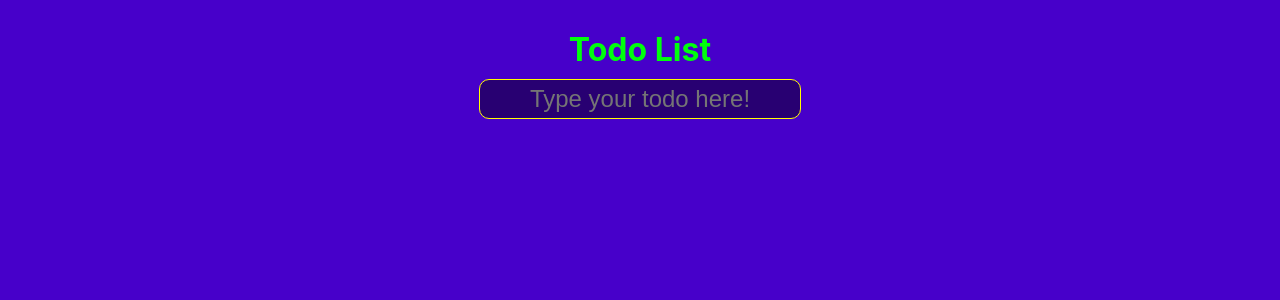
Repository: badhon252/todo-app
Page: /
The author's editor kept a copy of each file at every save. The page is drawn from the files as they stood at one save, then again after the next save.
The browser window is 1280 px wide. The pictures show the whole page.
Some web libraries are served in a nearby version. The project was rebuilt for these pictures with package versions that can differ from the ones it lists, and the page was loaded fresh each time.

Above is the page before, as saved 2022-01-26 12:14:51.

### public/index.html
<!DOCTYPE html>
<html lang="en">

<head>
  <meta charset="utf-8" />
  <link rel="icon" href="%PUBLIC_URL%/favicon.ico" />
  <meta name="viewport" content="width=device-width, initial-scale=1" />
  <meta name="theme-color" content="#000000" />
  <meta name="description" content="Web site created using create-react-app" />
  <link rel="apple-touch-icon" href="%PUBLIC_URL%/logo192.png" />

  <link rel="manifest" href="%PUBLIC_URL%/manifest.json" />

  <link rel="stylesheet" href="https://pro.fontawesome.com/releases/v5.10.0/css/all.css"
    integrity="sha384-AYmEC3Yw5cVb3ZcuHtOA93w35dYTsvhLPVnYs9eStHfGJvOvKxVfELGroGkvsg+p" crossorigin="anonymous" />
  <title>React App</title>
</head>

<body>
  <noscript>You need to enable JavaScript to run this app.</noscript>
  <div id="root"></div>
  <!--
      This HTML file is a template.
      If you open it directly in the browser, you will see an empty page.

      You can add webfonts, meta tags, or analytics to this file.
      The build step will place the bundled scripts into the <body> tag.

      To begin the development, run `npm start` or `yarn start`.
      To create a production bundle, use `npm run build` or `yarn build`.
    -->
</body>

</html>

### src/App.js
import Todo from "./components/Todo";

function App() {
  return (
    <div className="App">
      <Todo />
    </div>
  );
}

export default App;

### src/components/Todo.js
import React from "react";
import "../Styles/style.css";
export default function Todo() {
  return (
    <div className="main-div">
      <h1>Todo List</h1>
      <input
        type="text"
        name=""
        id="input-box"
        placeholder="Type your todo here!"
      />
    </div>
  );
}

### src/Styles/style.css
* {
  margin: 0;
  padding: 0;
  background-color: #4700ca;
}

.main-div {
  margin: 30px;
  text-align: center;
  color: #00ff0d;
}

#input-box {
  color: #ffffff;
  margin: 10px;
  padding: 5px;
  font-size: 1.5rem;
  border: 1px solid yellow;
  background-color: #280072;
  border-radius: 10px;
  text-align: center;
}

Loaded but not shown: src/index.js (common file); src/index.css (common file); src/reportWebVitals.js (common file)

After the next save:
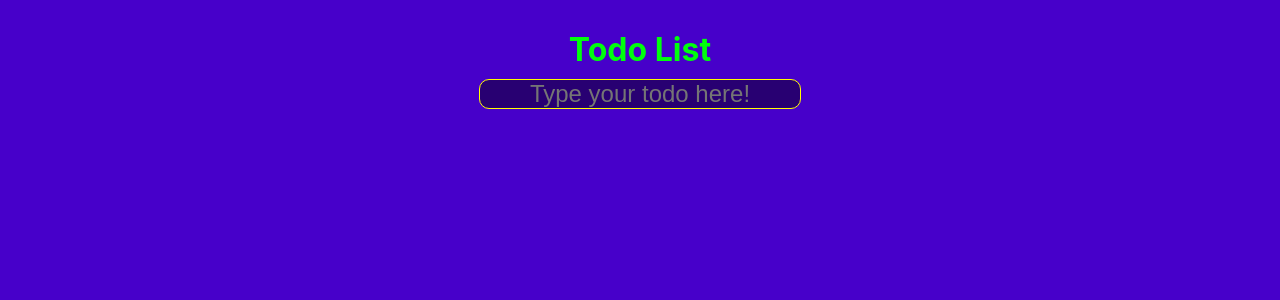
Saved 10 s later.
--- a/src/Styles/style.css
+++ b/src/Styles/style.css
@@ -13,7 +13,7 @@
 #input-box {
   color: #ffffff;
   margin: 10px;
-  padding: 5px;
+  padding: 0 5px;
   font-size: 1.5rem;
   border: 1px solid yellow;
   background-color: #280072;
